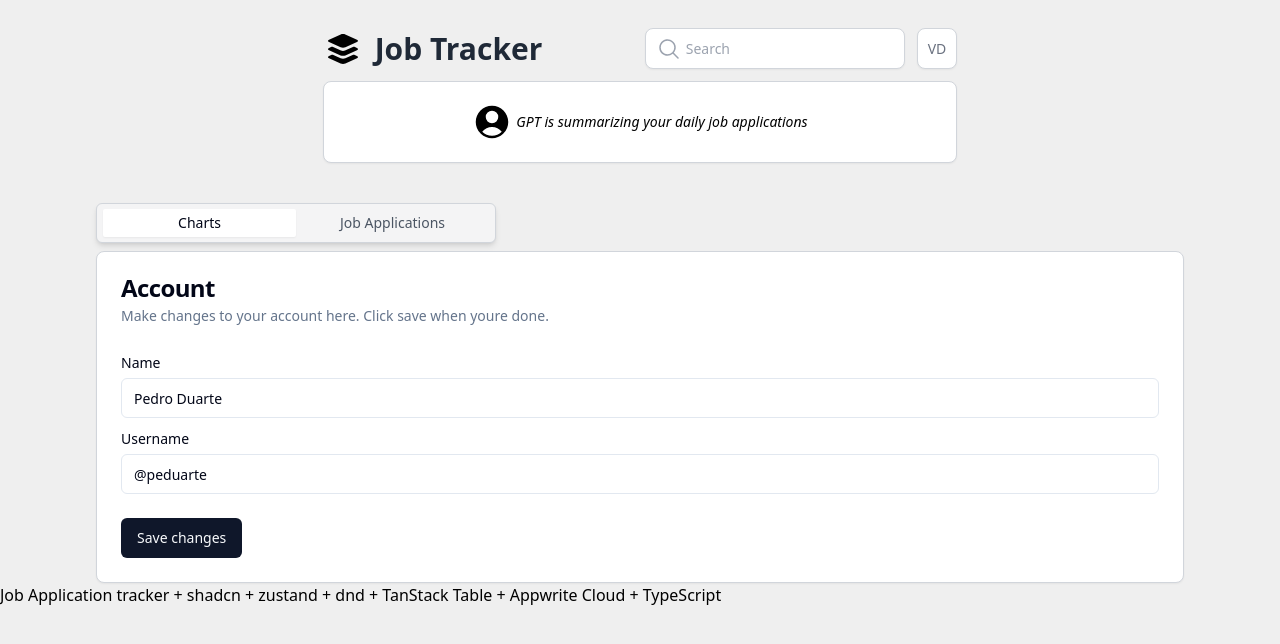
Repository: Vasil1001/job-applications-tracker-nextjs
Page: /
The author's editor kept a copy of each file at every save. The page is drawn from the files as they stood at one save, then again after the next save.
The browser window is 1280 px wide. The pictures show the whole page.
The project was rebuilt for these pictures with package versions that can differ from the ones it lists, and the page was loaded fresh each time. The framework's server and built-in components were replaced by stand-ins that run in the browser. Also part of the build but not shown: next.config.js.

Above is the page before, as saved 2023-06-24 19:07:36.

### app/layout.tsx
import "./globals.css";
import { Inter } from "next/font/google";

const inter = Inter({ subsets: ["latin"] });

export const metadata = {
  title: "Job Tracker",
  description: "Generated by create next app",
};

export default function RootLayout({
  children,
}: {
  children: React.ReactNode;
}) {
  return (
    <html lang="en">
      <body  suppressHydrationWarning={true} className="bg-[#efefef]">{children}</body>
    </html>
  );
}

### app/page.tsx
import Header from "@/components/Header";
import Image from "next/image";

export default function Home() {
  return (
    <main className="flex min-h-screen max-w-screen flex-col justify-between mx-auto ">
      {/* Header Component */}
      <Header />

      {/* Board dnd Component */}

    </main>
  );
}

### components/Header.tsx
"use client";
import { Search } from "lucide-react";
import React from "react";
import SearchBar from "./navbar/SearchBar";
import { IoIosApps } from "react-icons/io";
import { RiSendPlaneLine } from "react-icons/ri";
import { BiNotepad } from "react-icons/bi";
import Image from "next/image";
import { MagnifyingGlassIcon, UserCircleIcon } from "@heroicons/react/24/solid";
import { FiUser } from "react-icons/fi";
import { HiMagnifyingGlass } from "react-icons/hi2";
import Navbar from "./navbar/Navbar";
import Avatar from "react-avatar";
import JobChartsTab from "./ui/JobChartsTab";

export default function Header() {
  return (
    <header className="">
      <Navbar />

      <JobChartsTab />
      <h1>
        Job Application tracker + shadcn + zustand + dnd + TanStack Table +
        Appwrite Cloud + TypeScript
      </h1>
    </header>
  );
}

### components/navbar/Navbar.tsx
import React from "react";
import SearchBar from "./SearchBar";
import { IoIosApps } from "react-icons/io";
import { HiMagnifyingGlass } from "react-icons/hi2";
import { UserCircleIcon } from "@heroicons/react/24/solid";

export default function Navbar() {
  return (
    <div className="bg-[#efefef] p-7 xl:px-24 transition-all ">
      <div className="xl:w-7/12 mx-auto">
        <div className="flex flex-col md:flex-row items-center transition-all ">
          {/* <Navbar /> */}
          {/* <Image
          src="https://links.papareact.com/c2cdd5"
          alt="Logo"
          width={300}
          height={100}
          className="w-44 md:w-56 pb-10 md:pb-0 object-contain"
        /> */}
          {/* Logo */}
          <div className="flex items-center font-bold text-3xl mb-3 md:mb-0">
            <IoIosApps size={40} className="mr-3" />
            <span className="text-gray-800">Job Tracker</span>
          </div>

          {/* Search input, button and profile */}
          <div className="flex items-center gap-3 flex-1 justify-end w-full">
            <form className=" flex items-center justify-center  flex-1 md:flex-initial transition-all">
              <div className="relative  flex-1 md:flex-initial">
                <span className="absolute inset-y-0 left-0 flex items-center pl-3">
                  <HiMagnifyingGlass className="w-6 h-6 text-gray-400" />
                </span>
                <div className="flex gap-3 h-full">
                  <input
                    type="text"
                    className="w-full flex-1 h-full py-2.5 pl-10 pr-4 border shadow-sm focus-visible:outline-none focus-visible:ring-1 focus:ring-gray-400 text-black bg-white border-gray-300 text-sm rounded-lg hover:border-gray-300 placeholder:text-gray-400 focus:placeholder:text-gray-500"
                    placeholder="Search"
                  />
                  <div className="border flex px-2.5 items-center justify-center shadow-sm focus-visible:outline-none focus-visible:ring-1 focus:ring-gray-400 bg-white text-gray-500 border-gray-300 text-sm rounded-lg hover:border-gray-300">
                    VD
                  </div>
                </div>
              </div>
              <button hidden> Search</button>
            </form>
          </div>
        </div>

        <div className="flex w-full flex-1  md:justify-end mt-3">
          <p className="flex flex-1 items-center justify-center text-sm font-light pr-5 shadow-sm rounded-lg p-5 w-fit bg-white italic border border-gray-300 hover:border-gray-300">
            <UserCircleIcon className=" inline-block h-10 w-10 mr-1" />
            GPT is summarizing your daily job applications
          </p>
        </div>
      </div>
    </div>
  );
}

### components/ui/JobChartsTab.tsx
import { Button } from "@/components/ui/button";
import {
  Card,
  CardContent,
  CardDescription,
  CardFooter,
  CardHeader,
  CardTitle,
} from "@/components/ui/card";
import { Input } from "@/components/ui/input";
import { Label } from "@/components/ui/label";
import { Tabs, TabsContent, TabsList, TabsTrigger } from "@/components/ui/tabs";
export default function JobChartsTab() {
  return (
    <div className="px-7 pt-3 xl:px-24 transition-all bg-[#efefef]">
      <Tabs defaultValue="account" className="">
        <TabsList className="grid grid-cols-2 w-[400px] border border-gray-300">
          <TabsTrigger className="" value="account">Charts</TabsTrigger>
          <TabsTrigger className="" value="password">Job Applications</TabsTrigger>
        </TabsList>
        <TabsContent value="account">
          <Card>
            <CardHeader>
              <CardTitle>Account</CardTitle>
              <CardDescription>
                Make changes to your account here. Click save when youre done.
              </CardDescription>
            </CardHeader>
            <CardContent className="space-y-2">
              <div className="space-y-1">
                <Label htmlFor="name">Name</Label>
                <Input id="name" defaultValue="Pedro Duarte" />
              </div>
              <div className="space-y-1">
                <Label htmlFor="username">Username</Label>
                <Input id="username" defaultValue="@peduarte" />
              </div>
            </CardContent>
            <CardFooter>
              <Button>Save changes</Button>
            </CardFooter>
          </Card>
        </TabsContent>
        <TabsContent value="password">
          <Card>
            <CardHeader>
              <CardTitle>Password</CardTitle>
              <CardDescription>
                Change your password here. After saving, yoll be logged out.
              </CardDescription>
            </CardHeader>
            <CardContent className="space-y-2">
              <div className="space-y-1">
                <Label htmlFor="current">Current password</Label>
                <Input id="current" type="password" />
              </div>
              <div className="space-y-1">
                <Label htmlFor="new">New password</Label>
                <Input id="new" type="password" />
              </div>
            </CardContent>
            <CardFooter>
              <Button>Save password</Button>
            </CardFooter>
          </Card>
        </TabsContent>
      </Tabs>
    </div>
  );
}

### components/ui/button.tsx
import * as React from "react"
import { Slot } from "@radix-ui/react-slot"
import { cva, type VariantProps } from "class-variance-authority"

import { cn } from "@/lib/utils"

const buttonVariants = cva(
  "inline-flex items-center justify-center rounded-md text-sm font-medium ring-offset-white transition-colors focus-visible:outline-none focus-visible:ring-2 focus-visible:ring-slate-400 focus-visible:ring-offset-2 disabled:pointer-events-none disabled:opacity-50 dark:ring-offset-slate-950 dark:focus-visible:ring-slate-800",
  {
    variants: {
      variant: {
        default: "bg-slate-900 text-slate-50 hover:bg-slate-900/90 dark:bg-slate-50 dark:text-slate-900 dark:hover:bg-slate-50/90",
        destructive:
          "bg-red-500 text-slate-50 hover:bg-red-500/90 dark:bg-red-900 dark:text-red-50 dark:hover:bg-red-900/90",
        outline:
          "border border-slate-200 bg-white hover:bg-slate-100 hover:text-slate-900 dark:border-slate-800 dark:bg-slate-950 dark:hover:bg-slate-800 dark:hover:text-slate-50",
        secondary:
          "bg-slate-100 text-slate-900 hover:bg-slate-100/80 dark:bg-slate-800 dark:text-slate-50 dark:hover:bg-slate-800/80",
        ghost: "hover:bg-slate-100 hover:text-slate-900 dark:hover:bg-slate-800 dark:hover:text-slate-50",
        link: "text-slate-900 underline-offset-4 hover:underline dark:text-slate-50",
      },
      size: {
        default: "h-10 px-4 py-2",
        sm: "h-9 rounded-md px-3",
        lg: "h-11 rounded-md px-8",
        icon: "h-10 w-10",
      },
    },
    defaultVariants: {
      variant: "default",
      size: "default",
    },
  }
)

export interface ButtonProps
  extends React.ButtonHTMLAttributes<HTMLButtonElement>,
    VariantProps<typeof buttonVariants> {
  asChild?: boolean
}

const Button = React.forwardRef<HTMLButtonElement, ButtonProps>(
  ({ className, variant, size, asChild = false, ...props }, ref) => {
    const Comp = asChild ? Slot : "button"
    return (
      <Comp
        className={cn(buttonVariants({ variant, size, className }))}
        ref={ref}
        {...props}
      />
    )
  }
)
Button.displayName = "Button"

export { Button, buttonVariants }

### components/ui/card.tsx
import * as React from "react"

import { cn } from "@/lib/utils"

const Card = React.forwardRef<
  HTMLDivElement,
  React.HTMLAttributes<HTMLDivElement>
>(({ className, ...props }, ref) => (
  <div
    ref={ref}
    className={cn(
      "rounded-lg border border-gray-300 bg-white text-slate-950 shadow-sm dark:border-slate-800 dark:bg-slate-950 dark:text-slate-50",
      className
    )}
    {...props}
  />
))
Card.displayName = "Card"

const CardHeader = React.forwardRef<
  HTMLDivElement,
  React.HTMLAttributes<HTMLDivElement>
>(({ className, ...props }, ref) => (
  <div
    ref={ref}
    className={cn("flex flex-col space-y-1.5 p-6", className)}
    {...props}
  />
))
CardHeader.displayName = "CardHeader"

const CardTitle = React.forwardRef<
  HTMLParagraphElement,
  React.HTMLAttributes<HTMLHeadingElement>
>(({ className, ...props }, ref) => (
  <h3
    ref={ref}
    className={cn(
      "text-2xl font-semibold leading-none tracking-tight",
      className
    )}
    {...props}
  />
))
CardTitle.displayName = "CardTitle"

const CardDescription = React.forwardRef<
  HTMLParagraphElement,
  React.HTMLAttributes<HTMLParagraphElement>
>(({ className, ...props }, ref) => (
  <p
    ref={ref}
    className={cn("text-sm text-slate-500 dark:text-slate-400", className)}
    {...props}
  />
))
CardDescription.displayName = "CardDescription"

const CardContent = React.forwardRef<
  HTMLDivElement,
  React.HTMLAttributes<HTMLDivElement>
>(({ className, ...props }, ref) => (
  <div ref={ref} className={cn("p-6 pt-0", className)} {...props} />
))
CardContent.displayName = "CardContent"

const CardFooter = React.forwardRef<
  HTMLDivElement,
  React.HTMLAttributes<HTMLDivElement>
>(({ className, ...props }, ref) => (
  <div
    ref={ref}
    className={cn("flex items-center p-6 pt-0", className)}
    {...props}
  />
))
CardFooter.displayName = "CardFooter"

export { Card, CardHeader, CardFooter, CardTitle, CardDescription, CardContent }

### components/ui/input.tsx
import * as React from "react"

import { cn } from "@/lib/utils"

export interface InputProps
  extends React.InputHTMLAttributes<HTMLInputElement> {}

const Input = React.forwardRef<HTMLInputElement, InputProps>(
  ({ className, type, ...props }, ref) => {
    return (
      <input
        type={type}
        className={cn(
          "flex h-10 w-full rounded-md border border-slate-200 border-slate-200 bg-white px-3 py-2 text-sm ring-offset-white file:border-0 file:bg-transparent file:text-sm file:font-medium placeholder:text-slate-500 focus-visible:outline-none focus-visible:ring-2 focus-visible:ring-slate-400 focus-visible:ring-offset-2 disabled:cursor-not-allowed disabled:opacity-50 dark:border-slate-800 dark:border-slate-800 dark:bg-slate-950 dark:ring-offset-slate-950 dark:placeholder:text-slate-400 dark:focus-visible:ring-slate-800",
          className
        )}
        ref={ref}
        {...props}
      />
    )
  }
)
Input.displayName = "Input"

export { Input }

### components/ui/label.tsx
import * as React from "react"
import * as LabelPrimitive from "@radix-ui/react-label"
import { cva, type VariantProps } from "class-variance-authority"

import { cn } from "@/lib/utils"

const labelVariants = cva(
  "text-sm font-medium leading-none peer-disabled:cursor-not-allowed peer-disabled:opacity-70"
)

const Label = React.forwardRef<
  React.ElementRef<typeof LabelPrimitive.Root>,
  React.ComponentPropsWithoutRef<typeof LabelPrimitive.Root> &
    VariantProps<typeof labelVariants>
>(({ className, ...props }, ref) => (
  <LabelPrimitive.Root
    ref={ref}
    className={cn(labelVariants(), className)}
    {...props}
  />
))
Label.displayName = LabelPrimitive.Root.displayName

export { Label }

### components/ui/tabs.tsx
import * as React from "react"
import * as TabsPrimitive from "@radix-ui/react-tabs"

import { cn } from "@/lib/utils"

const Tabs = TabsPrimitive.Root

const TabsList = React.forwardRef<
  React.ElementRef<typeof TabsPrimitive.List>,
  React.ComponentPropsWithoutRef<typeof TabsPrimitive.List>
>(({ className, ...props }, ref) => (
  <TabsPrimitive.List
    ref={ref}
    className={cn(
      "inline-flex h-10 items-center justify-center rounded-md shadow-md bg-zinc-100 p-1 px-1.5 text-gray-600 dark:bg-slate-800 dark:text-slate-400",
      className
    )}
    {...props}
  />
))
TabsList.displayName = TabsPrimitive.List.displayName

const TabsTrigger = React.forwardRef<
  React.ElementRef<typeof TabsPrimitive.Trigger>,
  React.ComponentPropsWithoutRef<typeof TabsPrimitive.Trigger>
>(({ className, ...props }, ref) => (
  <TabsPrimitive.Trigger
    ref={ref}
    className={cn(
      "inline-flex items-center justify-center whitespace-nowrap rounded-sm px-3 py-1 text-sm font-medium ring-offset-white transition-all focus-visible:outline-none focus-visible:ring-2 focus-visible:ring-slate-400 focus-visible:ring-offset-2 disabled:pointer-events-none disabled:opacity-50 data-[state=active]:bg-white data-[state=active]:text-slate-950 data-[state=active]:shadow-sm dark:ring-offset-slate-950 dark:focus-visible:ring-slate-800 dark:data-[state=active]:bg-slate-950 dark:data-[state=active]:text-slate-50",
      className
    )}
    {...props}
  />
))
TabsTrigger.displayName = TabsPrimitive.Trigger.displayName

const TabsContent = React.forwardRef<
  React.ElementRef<typeof TabsPrimitive.Content>,
  React.ComponentPropsWithoutRef<typeof TabsPrimitive.Content>
>(({ className, ...props }, ref) => (
  <TabsPrimitive.Content
    ref={ref}
    className={cn(
      "mt-2 ring-offset-white focus-visible:outline-none focus-visible:ring-2 focus-visible:ring-slate-400 focus-visible:ring-offset-2 dark:ring-offset-slate-950 dark:focus-visible:ring-slate-800",
      className
    )}
    {...props}
  />
))
TabsContent.displayName = TabsPrimitive.Content.displayName

export { Tabs, TabsList, TabsTrigger, TabsContent }

Loaded but not shown: app/globals.css (common file); lib/utils.ts (common file); tailwind.config.js (common file)

After the next save:
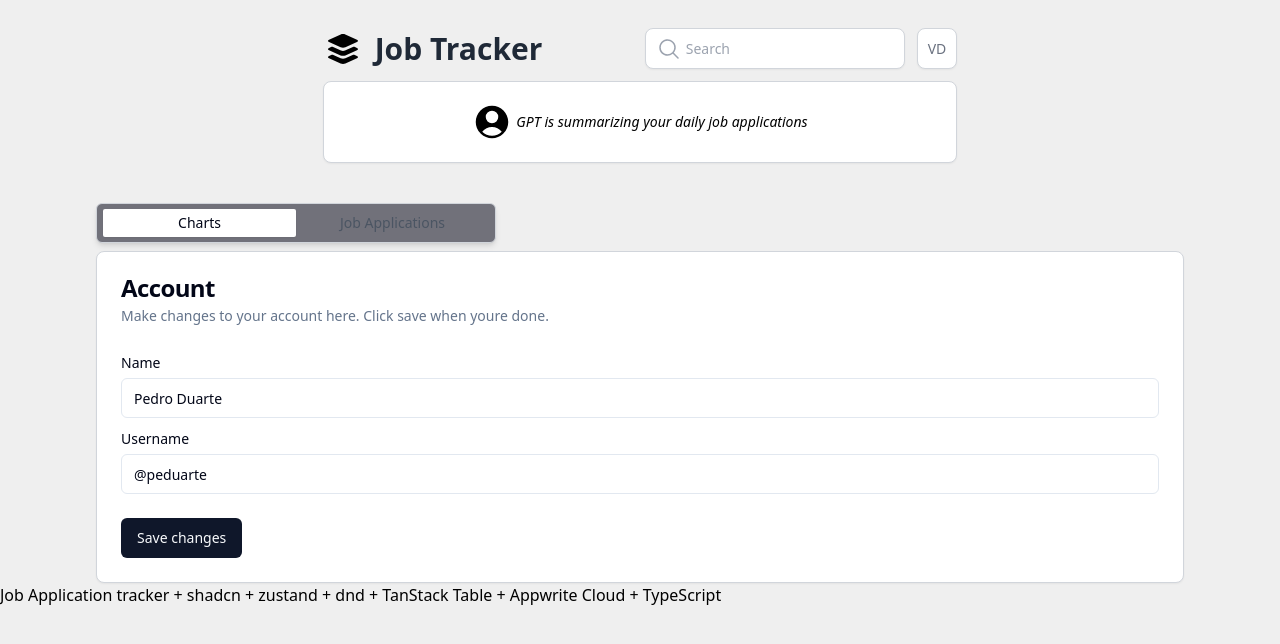
Saved 29 s later.
--- a/components/ui/tabs.tsx
+++ b/components/ui/tabs.tsx
@@ -12,7 +12,7 @@
   <TabsPrimitive.List
     ref={ref}
     className={cn(
-      "inline-flex h-10 items-center justify-center rounded-md shadow-md bg-zinc-100 p-1 px-1.5 text-gray-600 dark:bg-slate-800 dark:text-slate-400",
+      "inline-flex h-10 items-center justify-center rounded-md shadow-md bg-zinc-500 p-1 px-1.5 text-gray-600 dark:bg-slate-800 dark:text-slate-400",
       className
     )}
     {...props}

After the save that followed:
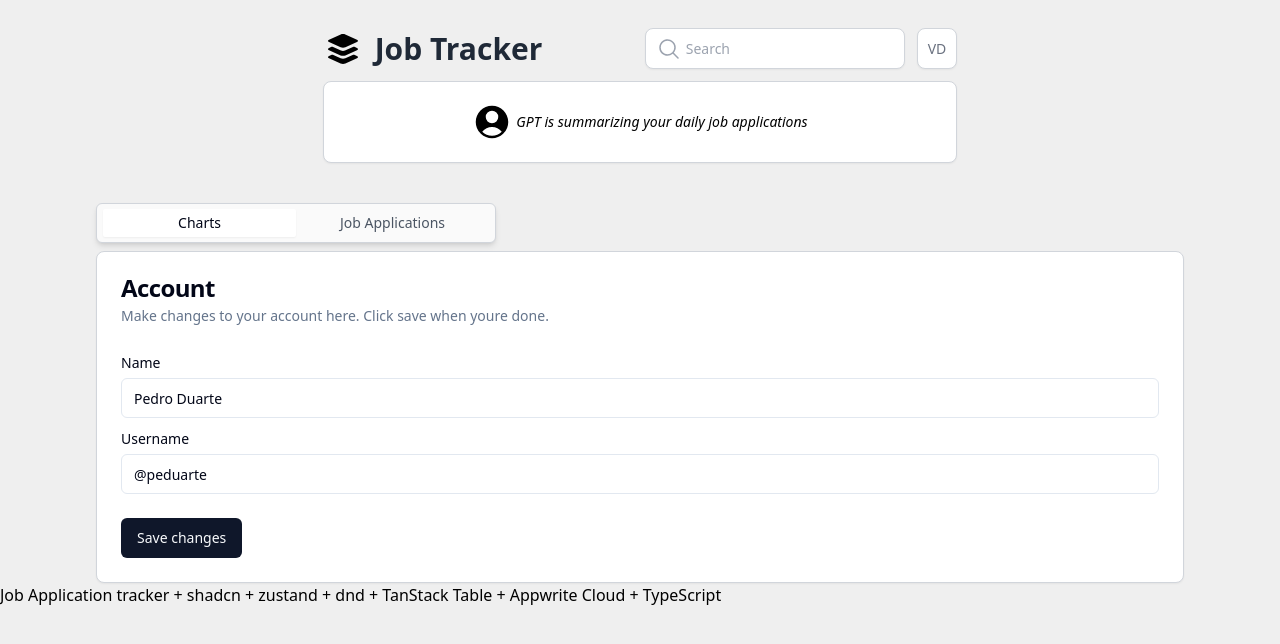
Saved 4 s later.
--- a/components/ui/tabs.tsx
+++ b/components/ui/tabs.tsx
@@ -12,7 +12,7 @@
   <TabsPrimitive.List
     ref={ref}
     className={cn(
-      "inline-flex h-10 items-center justify-center rounded-md shadow-md bg-zinc-500 p-1 px-1.5 text-gray-600 dark:bg-slate-800 dark:text-slate-400",
+      "inline-flex h-10 items-center justify-center rounded-md shadow-md bg-zinc-50 p-1 px-1.5 text-gray-600 dark:bg-slate-800 dark:text-slate-400",
       className
     )}
     {...props}
